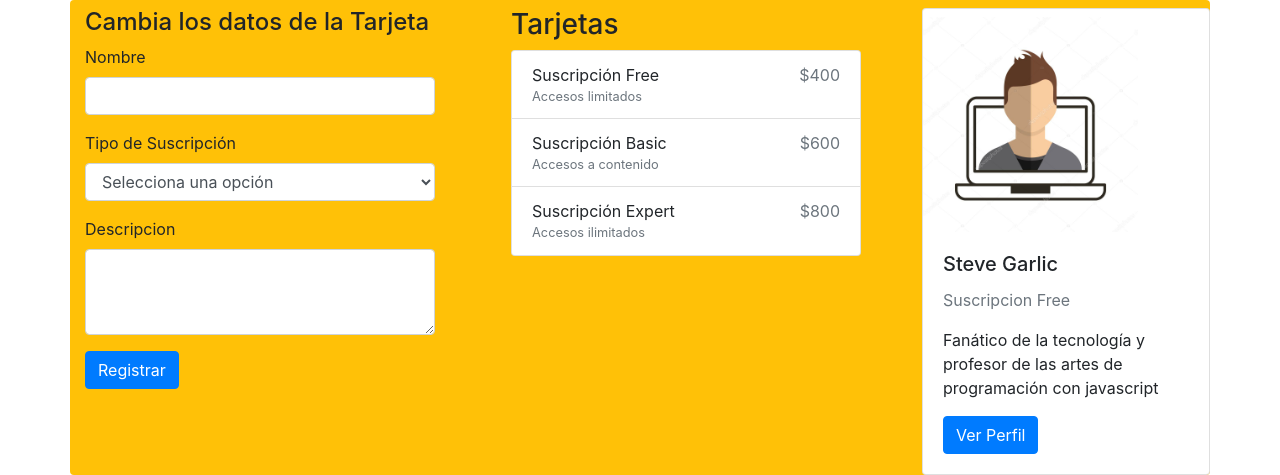
Repository: pedro-donoso/manipulacion-dom
Page: index.html
These files come from the project's save history. The page is drawn as it stood at one moment and after the next save; the edit follows.
The browser window is 1280 px wide. The pictures show the part of the page from y = 602 to 1093 px (the page is 1077 px tall before and 1093 px after).

Above is the page before, as saved 2024-02-06 14:35:27.

### index.html
<!doctype html>
<html lang="es">

<head>
    <!-- Required meta tags -->
    <meta charset="utf-8">
    <meta name="viewport" content="width=device-width, initial-scale=1, shrink-to-fit=no">

    <!-- Bootstrap CSS -->
    <link rel="stylesheet" href="https://cdn.jsdelivr.net/npm/bootstrap@4.3.1/dist/css/bootstrap.min.css"
        integrity="sha384-ggOyR0iXCbMQv3Xipma34MD+dH/1fQ784/j6cY/iJTQUOhcWr7x9JvoRxT2MZw1T" crossorigin="anonymous">

    <title>Manipulación del DOM</title>
</head>

<body>

    <main class="container">

        <!-- 1- AGREGO CLASE container PARA MANIPULAR ESTE PÁRRAFO -->
        <div class="row mt-5 text-center justify-content-between" id="contenedor">
            <div class="col-4 col-md-4">
                <h2>Manipulación del DOM</h2>
                <p class="text-center">
                    El DOM es una API definida para representar e interactuar con cualquier documento HTML.
                    El DOM es un modelo de documento que se carga en el navegador web y que representa el documento como
                    un árbol de
                    nodos, en donde cada nodo representa una parte del documento (puede tratarse de un elemento, una
                    cadena de texto o un comentario)
                </p>
            </div>
        </div>
        <div class="row justify-content-between bg-warning rounded pt-2">
            <div class="col-4 col-md-4">
                <h4>Cambia los datos de la Tarjeta</h4>
                <!-- 15- AGREGO id PARA ESCUCHAR EVENTO CLICK -->
                <form id="formulario">
                    <!-- 21- AGREGO ID DE CADA CAMPO -->
                    <label>Nombre</label>
                    <input type="text" class="form-control mb-3" id="nombre">
                    <label>Tipo de Suscripción</label>
                    <select id="suscripcion" class="form-control mb-3">
                        <option disabled selected>Selecciona una opción</option>
                        <option value="Suscripción Free">Suscripción Free</option>
                        <option value="Suscripción Basic">Suscripcion Basic</option>
                        <option value="Suscripción Expert">Suscripcion Expert</option>
                    </select>
                    <label>Descripcion</label>
                    <textarea rows="3" class="form-control mb-3" id="descripcion"></textarea>
                    <div>
                        <button class="btn btn-primary mb-3">Registrar</button>
                    </div>
                </form>
            </div>
            <div class="col-4 col-md-4">
                <h3>Tarjetas</h3>
                <div class="card">
                    <ul class="list-group list-group-flush">
                        <li class="list-group-item d-flex justify-content-between">
                            <div class="d-flex flex-column">
                                <span>Suscripción Free</span>
                                <small class="text-muted">Accesos limitados</small>
                            </div>
                            <div>
                                <span class="text-muted">$400</span>
                            </div>
                        </li>
                        <li class="list-group-item d-flex justify-content-between">
                            <div class="d-flex flex-column">
                                <span>Suscripción Basic</span>
                                <small class="text-muted">Accesos a contenido</small>
                            </div>
                            <div>
                                <span class="text-muted">$600</span>
                            </div>
                        </li>
                        <li class="list-group-item d-flex justify-content-between">
                            <div class="d-flex flex-column">
                                <span>Suscripción Expert</span>
                                <small class="text-muted">Accesos ilimitados</small>
                            </div>
                            <div>
                                <span class="text-muted">$800</span>
                            </div>
                        </li>
                    </ul>
                </div>
            </div>

            <!-- 8- AGREGO CARD -->
            <!-- 13- AGREGO ID PARA CAPTURAR CONTENEDOR -->
            <div class="row" id="contenedor_tarjeta">

            </div>

        </div>

    </main>

    <!-- Optional JavaScript -->
    <!-- jQuery first, then Popper.js, then Bootstrap JS -->
    <script src="https://code.jquery.com/jquery-3.3.1.slim.min.js"
        integrity="sha384-q8i/X+965DzO0rT7abK41JStQIAqVgRVzpbzo5smXKp4YfRvH+8abtTE1Pi6jizo"
        crossorigin="anonymous"></script>
    <script src="https://cdn.jsdelivr.net/npm/popper.js@1.14.7/dist/umd/popper.min.js"
        integrity="sha384-UO2eT0CpHqdSJQ6hJty5KVphtPhzWj9WO1clHTMGa3JDZwrnQq4sF86dIHNDz0W1"
        crossorigin="anonymous"></script>
    <script src="https://cdn.jsdelivr.net/npm/bootstrap@4.3.1/dist/js/bootstrap.min.js"
        integrity="sha384-JjSmVgyd0p3pXB1rRibZUAYoIIy6OrQ6VrjIEaFf/nJGzIxFDsf4x0xIM+B07jRM"
        crossorigin="anonymous"></script>

    <script src="./app.js"></script>
</body>

</html>

### app.js
// 2- CREO VARIABLE PARA MANIPULAR HTML
let contenedor = document.querySelector("#contenedor");

// 3- CREAR ELEMENTO SUBTITULO Y LE AGREGO PROPIEDADES
let subtitulo = document.createElement("h4");
subtitulo.innerText = "Árbol de nodos \n (enviado desde JavaScript)";

// 4- OBTENER EL CUERPO DEL DOCUMENTO
let body = document.body;

// 5- AGREGAR EL NUEVO ELEMENTO AL CUERPO DEL DOCUMENTO
body.appendChild(subtitulo);

// 6- AGREGO IMAGEN
let imagen = document.createElement("img");
imagen.src =
  "https://www.freecodecamp.org/news/content/images/2021/09/Document.jpg";
imagen.width = "450";
imagen.height = "300";
imagen.alt = "árbol de nodos";

// 7- AGREGO ELEMENTOS AL CONTENEDOR
contenedor.append(subtitulo, imagen);

// 13- AGREGO CONSTRUCTOR
const autor = {
  nombre: "Steve Garlic",
  suscripcion: "Suscripcion Free",
  descripcion:
    "Fanático de la tecnología y profesor de las artes de programación con javascript",
  imagen: "./img/icono.jpg"
};

// 19- Agrego const crearTarjeta y agrego todas las funciones del código
const crearTarjeta = () => {
  // 25- CREO DOCUMENTO VACIO
  document.querySelector("#contenedor_tarjeta").innerHTML = "";

  // 9- CREO ESTRUCTURA DEL CODIGO
  let columnaTarjeta = document.createElement("div");
  columnaTarjeta.className = "col";

  // 10- CREO TEMPLATE STRING DEL CONTENIDO DE LA TARJETA AUTOR
  // 14- AGREGO DATOS DEL CONSTRUCTOR (13)
  // 17- CREO EVENTO onclick
  // 19- LLAMAR A eventoClick CON event
  let tarjetaAutor = ` <div class="card" style="width: 18rem;">
        <img class="card-img-top pt-2 w-75" src="${autor.imagen}" alt="Card image cap">
        <div class="card-body">
            <h5 class="card-title">${autor.nombre}</h5>
             <p class="text-muted">${autor.suscripcion}</p>
            <p class="card-text">${autor.descripcion}</p>

            <button class="btn btn-primary" onclick="eventoClick(event)">Ver Perfil</button>
        </div>
    </div>`;

  // 11- AGREGO TEMPLATE STRING A columnaTarjeta (HIJO)
  columnaTarjeta.innerHTML = tarjetaAutor;

  // 12- AGREGO columnaTarjeta AL CONTENEDOR (PADRE) MEDIANTE LA SELECCIÓN DEL ID #contenedor_tarjeta
  document.querySelector("#contenedor_tarjeta").append(columnaTarjeta);
};

// 16- Creo constante modificarAutor para agregarla al form en index.html, la función recibirá un evento
  const modificarAutor= (event) => {
    console.log(event);
    event.preventDefault();

    // 22- CAPTURO CAMPOS DEL FORMULARIO
    let nombre = document.querySelector("#nombre").value;
    let suscripcion = document.querySelector("#suscripcion").value;
     let descripcion = document.querySelector("#descripcion").value;

    // 23- LLAMO A LA CONSTANTE AUTOR
    autor.nombre = nombre;
    autor.suscripcion = suscripcion;
    autor.descripcion = descripcion;

    // 24- SE VUELVE A CREAR LA TARJETA CON LOS NUEVOS DATOS
    crearTarjeta();
  };


// 18- CAPTURO EVENTO CLIC DEL BOTON EN EL form MEDIANTE EL ID formulario
document.getElementById("formulario").addEventListener("submit",modificarAutor);

// 20- LLAMO A LA FUNCIÓN
crearTarjeta();

After the next save:
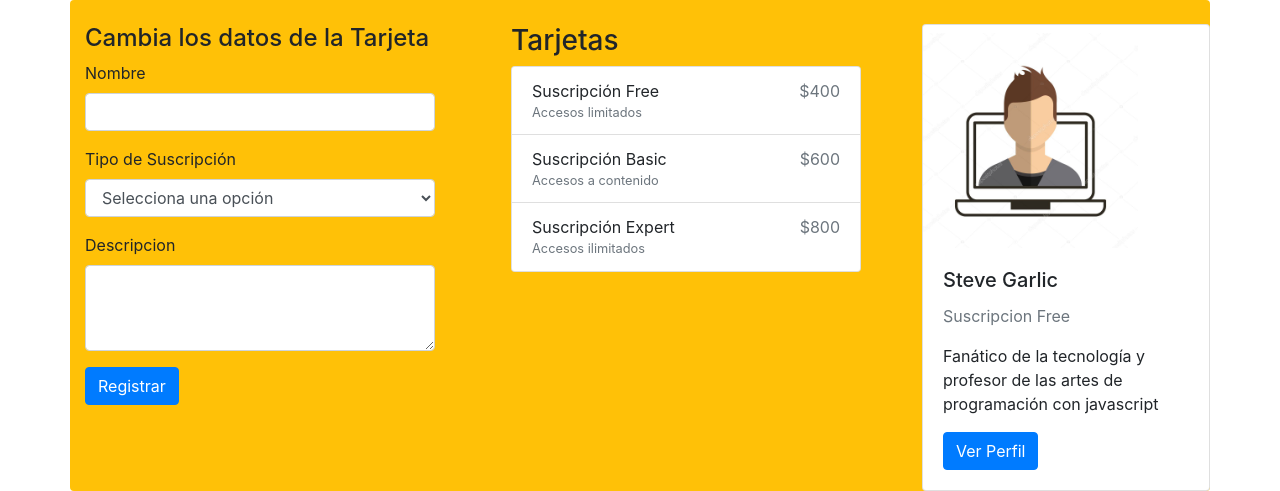
Saved 12 s later.
--- a/index.html
+++ b/index.html
@@ -30,7 +30,7 @@
                 </p>
             </div>
         </div>
-        <div class="row justify-content-between bg-warning rounded pt-2">
+        <div class="row justify-content-between bg-warning rounded pt-4">
             <div class="col-4 col-md-4">
                 <h4>Cambia los datos de la Tarjeta</h4>
                 <!-- 15- AGREGO id PARA ESCUCHAR EVENTO CLICK -->
